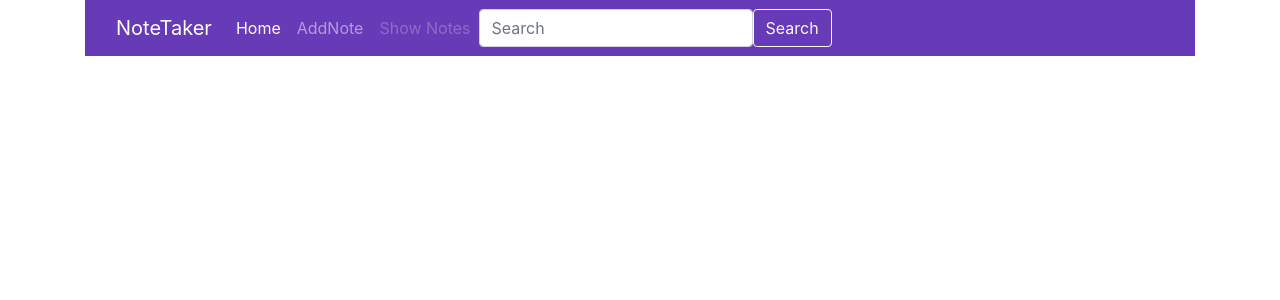
Repository: Mayank-SDE/Projects
Page: http://localhost/NoteTakerTodoApp/
These files come from the project's save history. The page is drawn as it stood at one moment and after the next save; the edit follows.
The browser window is 1280 px wide. The pictures show the whole page.
Some web libraries are served in a nearby version. The page is served by Tomcat 9.

Above is the page before, as saved 2022-02-10 15:26:04.

After the next save:
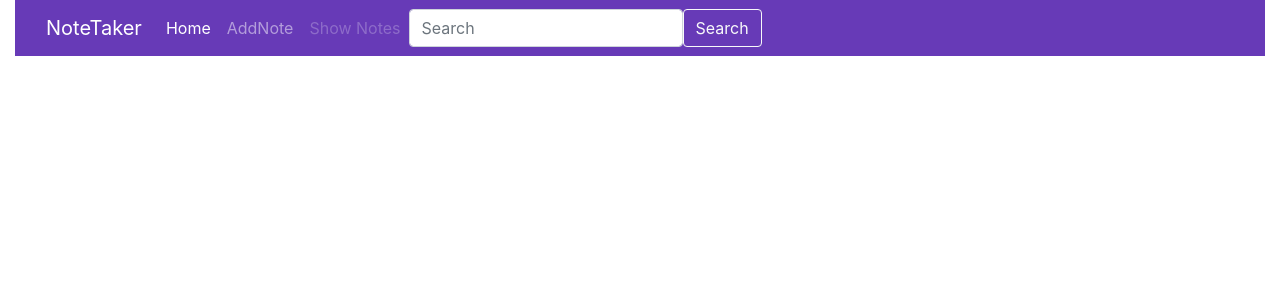
Saved 50 s later.
--- a/NoteTaker/NoteTakerTodoApp/src/main/webapp/index.jsp
+++ b/NoteTaker/NoteTakerTodoApp/src/main/webapp/index.jsp
@@ -13,7 +13,7 @@
   </head>
   <body>
 
-   <div class="container">
+   <div class="container-fluid">
 
    <%@ include file="navbar.jsp"%>
 
